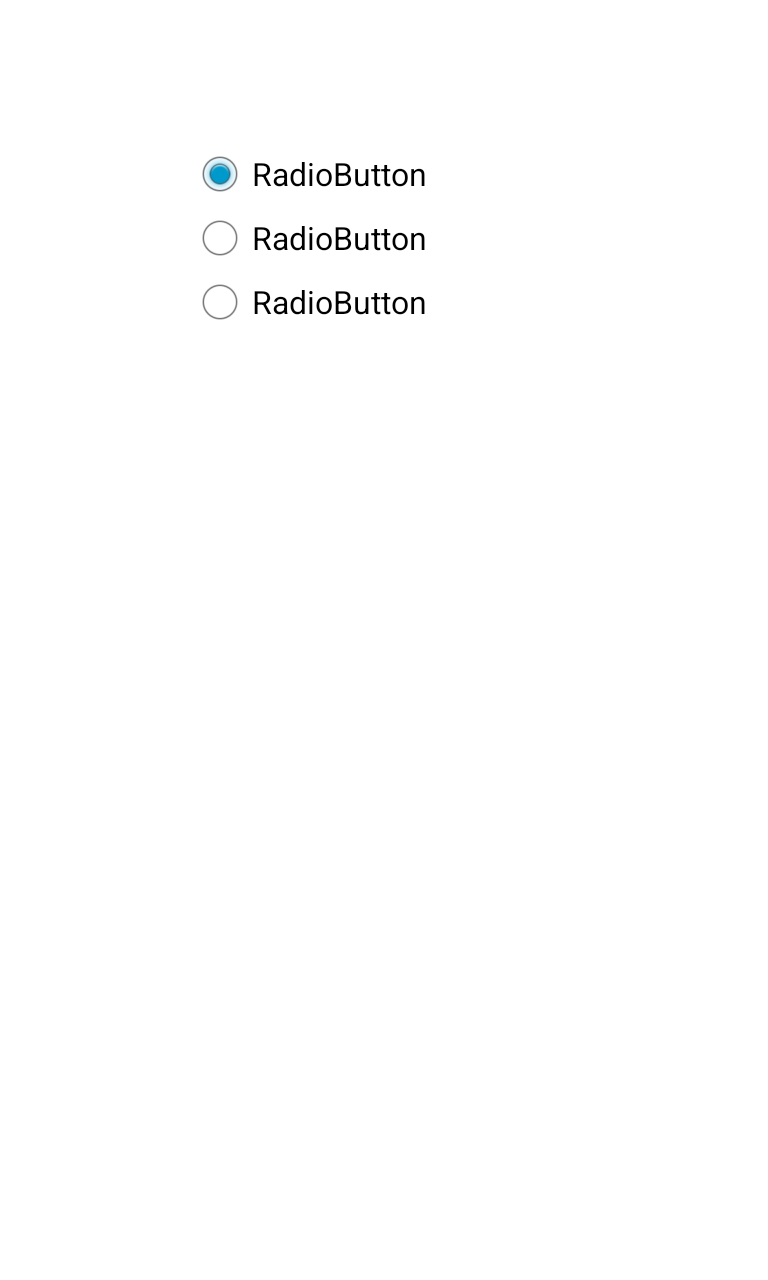
Repository: 12030121030/eventhandling
Layout: scroll/res/layout/activity_checked_change_listner.xml
These files come from the project's save history. The layout is drawn as it stood at one moment and after the next save; the edit follows.
It is drawn on a 768 x 1280 px phone screen (xhdpi) without system bars, with theme AppTheme; the app's code is not run.

Above is the layout before, as saved 2014-12-27 04:02:10.

After the next save:
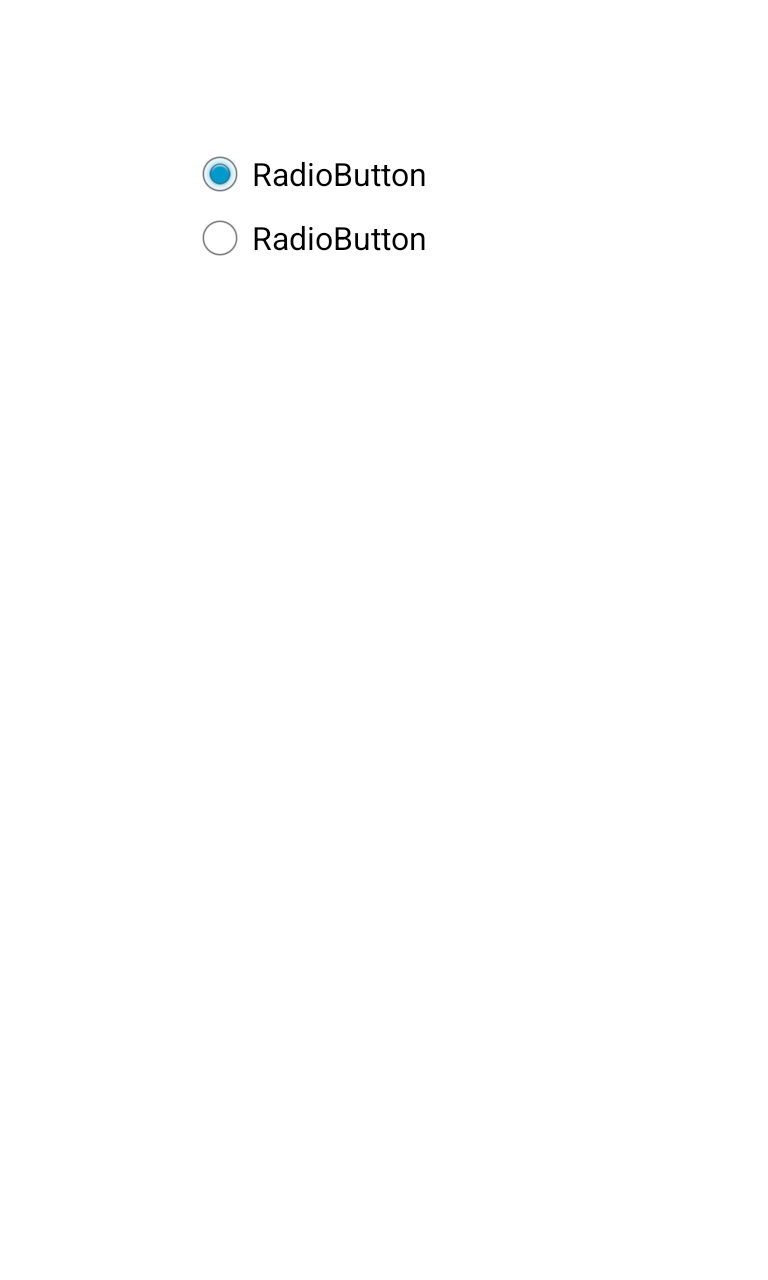
Saved 37 s later.
--- a/scroll/res/layout/activity_checked_change_listner.xml
+++ b/scroll/res/layout/activity_checked_change_listner.xml
@@ -18,23 +18,18 @@
         android:layout_marginTop="55dp" >
 
         <RadioButton
-            android:id="@+id/radio0"
+            android:id="@+id/lCase"
             android:layout_width="wrap_content"
             android:layout_height="wrap_content"
             android:checked="true"
             android:text="RadioButton" />
 
         <RadioButton
-            android:id="@+id/radio1"
+            android:id="@+id/uCase"
             android:layout_width="wrap_content"
             android:layout_height="wrap_content"
             android:text="RadioButton" />
 
-        <RadioButton
-            android:id="@+id/radio2"
-            android:layout_width="wrap_content"
-            android:layout_height="wrap_content"
-            android:text="RadioButton" />
     </RadioGroup>
 
 </RelativeLayout>
